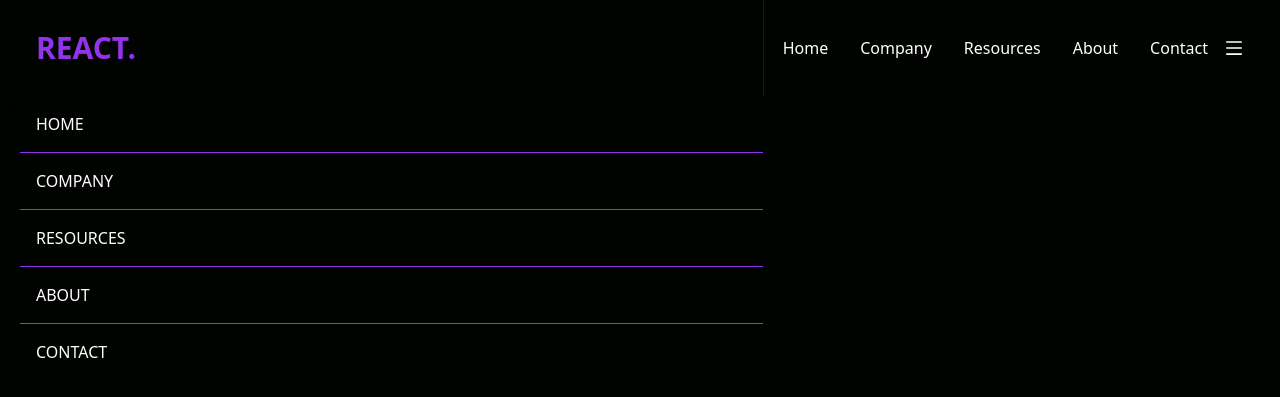
Repository: OmniaRafat232111121/tailwindreact
Page: /
These files come from the project's save history. The page is drawn as it stood at one moment and after a run of saves; the edit follows.
The browser window is 1280 px wide. The pictures show the whole page.
The project was rebuilt for these pictures with package versions that can differ from the ones it lists, and the page was loaded fresh each time.

Above is the page before, as saved 2022-09-11 01:52:15.

After the next 4 saves:
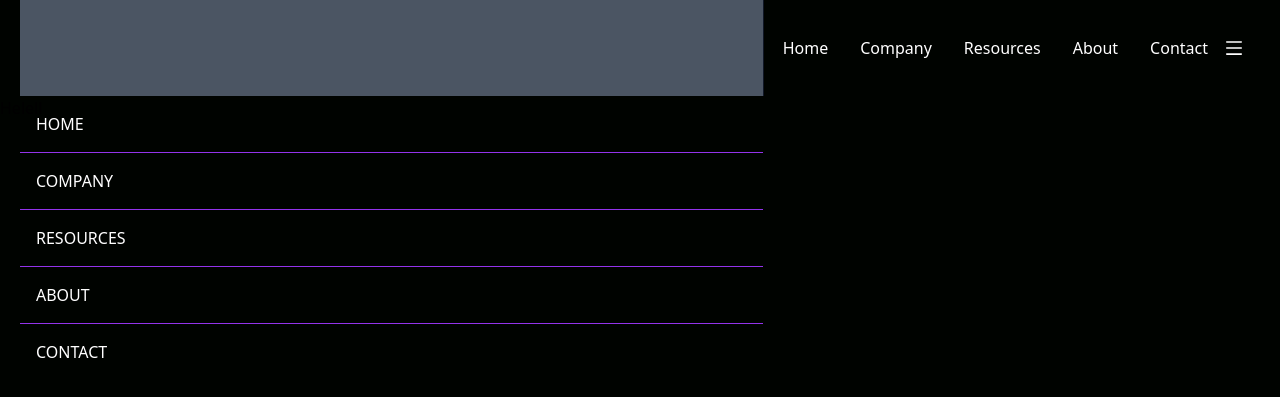
The 4 saves are shown as one change because they came seconds apart.
The last was saved 46 s later.
--- a/src/components/Navbar.jsx
+++ b/src/components/Navbar.jsx
@@ -18,7 +18,7 @@ const Navbar = () => {
     <div>
     <AiOutlineMenu size={20}/>
     </div>
-    <div  className='fixed left-0 top-0 w-[60%] h-full border-r border-r-gray-900 '>
+    <div  className='fixed left-0 top-0 w-[60%] h-full border-r border-r-gray-900 bg-gray-600'>
     <ul className='pt-24 uppercase' >
       <li className='p-4 border-b border-purple-600'>Home</li>
       <li className='p-4 border-b border-purple-600'>Company</li>
